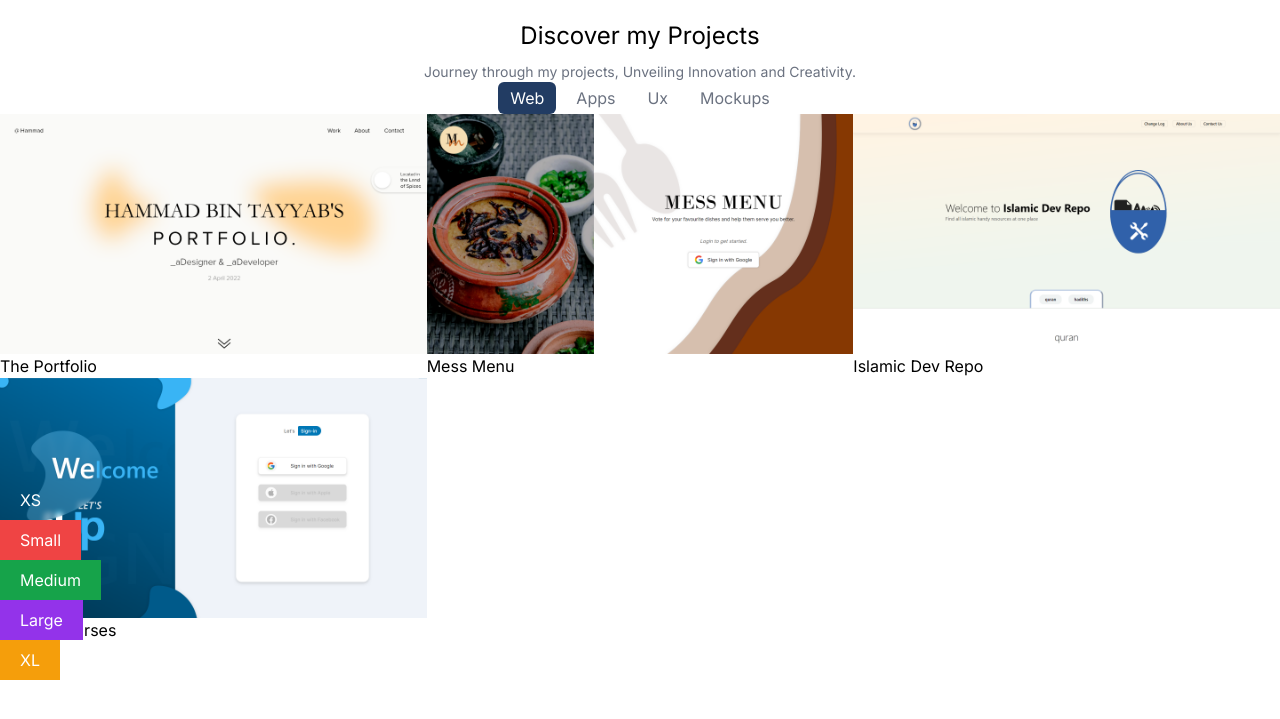
Repository: SpicierEwe/my_portfolio_v2
Page: /
An editor plug-in stored every save of this project. The page is shown before and after the next save, followed by the edit.
The browser window is 1280 px wide. The pictures show the whole page.
The project was rebuilt for these pictures with package versions that can differ from the ones it lists, and the page was loaded fresh each time. The framework's server and built-in components were replaced by stand-ins that run in the browser. Also part of the build but not shown: next.config.js, core/utils/customIcons.js, core/utils/utils.tsx, core/db/sub_db_data/ux_db.js.

Above is the page before, as saved 2024-04-22 10:55:31.

After the next save:
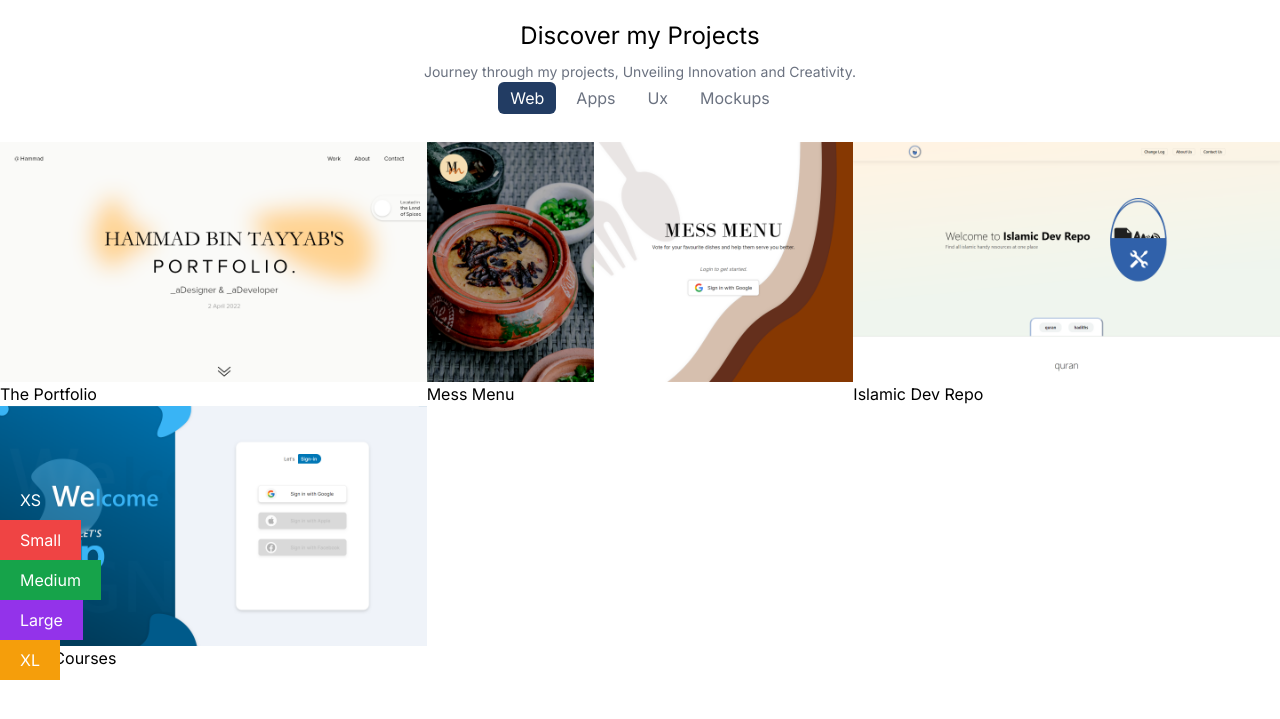
Saved 22 s later.
--- a/Components/Work_section/work_section.tsx
+++ b/Components/Work_section/work_section.tsx
@@ -46,7 +46,7 @@ export default function WorkSection() {
 
       <main>
         {/* projects */}
-        <div className="grid grid-cols-1 md:grid-cols-2 lg:grid-cols-3 gap-4 mt-6">
+        <div className="grid grid-cols-1 md:grid-cols-2 lg:grid-cols-3 gap-4 mt-7">
           {(db.portfolioItems as any)[navItems[selectedNavItemIndex]].map(
             (item: any, index: number) => {
               const projectName: string = item["projectName"];
